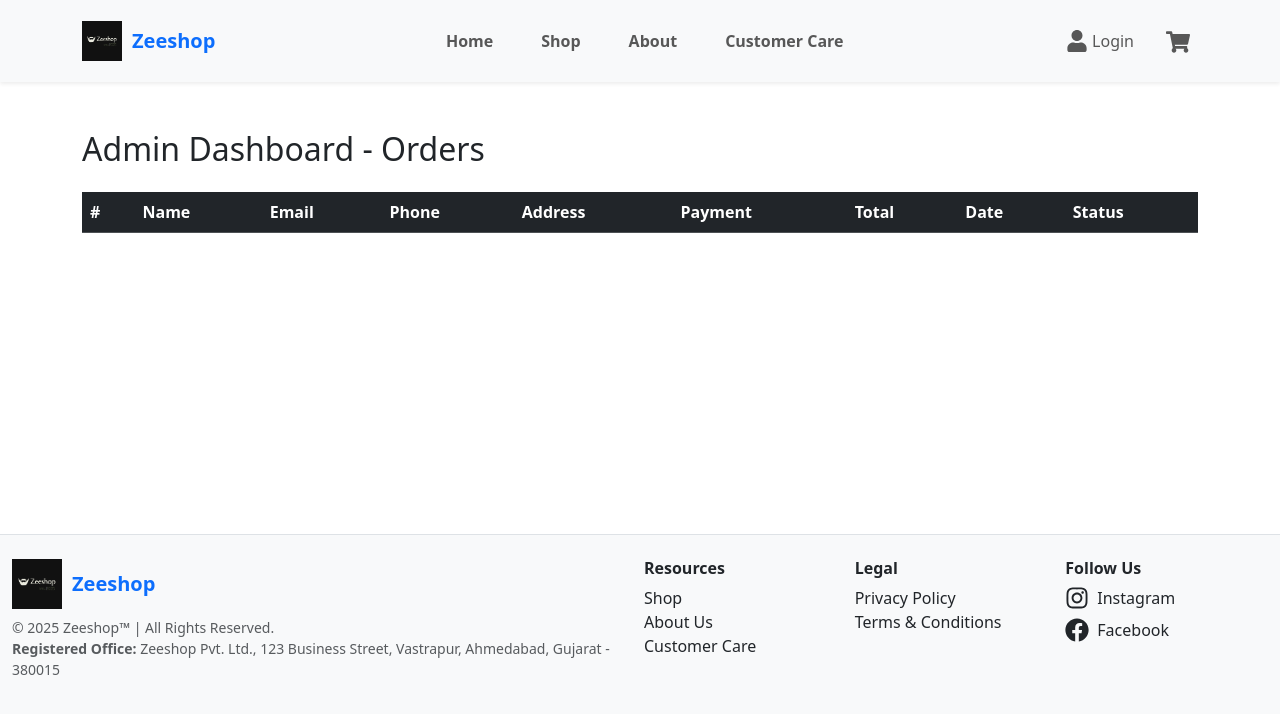
Repository: zeel2306/React-Projects
Page: /admin (app in shop/)
An editor plug-in stored every save of this project. The page is shown before and after the next save, followed by the edit.
The browser window is 1280 px wide. The pictures show the whole page.
The page's requests for data from a server got no answer. The project was rebuilt for these pictures with package versions that can differ from the ones it lists, and the page was loaded fresh each time. No one was signed in, and anything a server would have sent is missing. Also part of the build but not shown: shop/src/index.css, shop/src/Components/Login.jsx, shop/src/Components/Slider.jsx, shop/src/Components/Product.jsx, shop/src/Components/About.jsx, shop/src/Components/Customercare.jsx, shop/src/Components/ProductDetail.jsx, shop/src/Components/PrivacyPolicy.jsx and 10 more.

Above is the page before, as saved 2025-08-06 18:55:22.

### shop/src/App.js
// src/App.js
import Footer from './Components/Footer';
import Login from './Components/Login';
import Navbar from './Components/Navbar';
import Slider from './Components/Slider';
import Product from './Components/Product';
import About from './Components/About';
import CustomerCare from './Components/Customercare';
import ProductDetails from './Components/ProductDetail';
import PrivacyPolicy from './Components/PrivacyPolicy';
import TermsAndConditions from './Components/TermsAndConditions';
import StatsSection from "./Components/StatsSection";
import Testimonials from "./Components/Testimonials";
import Cart from './Components/Cart';
import WelcomePopup from "./Components/WelcomePopup";
import Features from './Components/Features';
import Billing from "./Components/Billing";
import AdminDashboard from "./Components/AdminDashboard";
import AdminLogin from "./Components/AdminLogin";
import { AuthProvider } from './Components/AuthContext';
import { CartProvider } from './Components/CartContext';
import { AdminAuthProvider } from './Components/AdminAuthContext';
import { BrowserRouter as Router, Routes, Route } from "react-router-dom";
import BrandSlider from './Components/BrandSlider';

function App() {
  return (
    <AdminAuthProvider>
      <AuthProvider>
        <CartProvider>
          <Router>
            <div className="App d-flex flex-column min-vh-100">
              <Navbar />
              <main className="flex-grow-1 mb-4">
                <Routes>
                  <Route
                    path="/"
                    element={
                      <>
                        <WelcomePopup />
                        <Slider />
                        <StatsSection />
                        <Product />
                        <Features />
                        <Testimonials />
                        <BrandSlider />
                      </>
                    }
                  />
                  <Route path="/shop" element={<Product />} />
                  <Route path="/login" element={<Login />} />
                  <Route path="/cart" element={<Cart />} />
                  <Route path="/about" element={<About />} />
                  <Route path="/customer-care" element={<CustomerCare />} />
                  <Route path="/privacy" element={<PrivacyPolicy />} />
                  <Route path="/product/:id" element={<ProductDetails />} />
                  <Route path="/billing" element={<Billing />} />
                  <Route path="/terms-and-conditions" element={<TermsAndConditions />} />

                  {/* Admin Routes */}
                  <Route path="/admin-login" element={<AdminLogin />} />
                  <Route path="/admin" element={<AdminDashboard />} />
                </Routes>
              </main>
              <Footer />
            </div>
          </Router>
        </CartProvider>
      </AuthProvider>
    </AdminAuthProvider>
  );
}

export default App;

### shop/src/Components/Footer.jsx
import React from "react";
import { Container, Row, Col } from "react-bootstrap";
import { FaFacebook, FaInstagram } from "react-icons/fa";

export default function AppFooter() {
  return (
    <footer className="bg-light text-dark py-4 border-top">
      <Container fluid>
        <Row className="align-items-start gx-2">
          {/* Brand + Address (Wider Column) */}
          <Col md={6} className="mb-3">
            <div className="d-flex align-items-center mb-2">
              <img
                src="/zeeshop-logo.png"
                alt="Zeeshop Logo"
                style={{ height: "50px", width: "50px", marginRight: "10px" }}
              />
              <h5 className="fw-bold text-primary m-0">Zeeshop</h5>
            </div>
            <p className="text-muted small m-0">
              © 2025 Zeeshop™ | All Rights Reserved.
            </p>
            <p className="text-muted small m-0">
              <strong>Registered Office:</strong> Zeeshop Pvt. Ltd., 123 Business Street, Vastrapur, Ahmedabad, Gujarat - 380015
            </p>
          </Col>

          {/* Resources */}
          <Col md={2} className="mb-3">
            <h6 className="fw-bold">Resources</h6>
            <ul className="list-unstyled m-0">
              <li><a href="/" className="text-dark text-decoration-none">Shop</a></li>
              <li><a href="/about" className="text-dark text-decoration-none">About Us</a></li>
              <li><a href="/customer-care" className="text-dark text-decoration-none">Customer Care</a></li>
            </ul>
          </Col>

          {/* Legal */}
          <Col md={2} className="mb-3">
            <h6 className="fw-bold">Legal</h6>
            <ul className="list-unstyled m-0">
              <li><a href="/privacy" className="text-dark text-decoration-none">Privacy Policy</a></li>
              <li><a href="/terms-and-conditions" className="text-dark text-decoration-none">Terms & Conditions</a></li>
            </ul>
          </Col>

          {/* Follow Us */}
          <Col md={2} className="mb-3">
            <h6 className="fw-bold">Follow Us</h6>
            <ul className="list-unstyled m-0">
              <li className="mb-2">
                <a href="https://instagram.com" className="text-dark text-decoration-none d-flex align-items-center">
                  <FaInstagram className="me-2 fs-4" /> <span>Instagram</span>
                </a>
              </li>
              <li>
                <a href="https://facebook.com" className="text-dark text-decoration-none d-flex align-items-center">
                  <FaFacebook className="me-2 fs-4" /> <span>Facebook</span>
                </a>
              </li>
            </ul>
          </Col>


        </Row>
      </Container>
    </footer>
  );
}

### shop/src/Components/Navbar.jsx
import React, { useContext } from "react";
import { Navbar, Nav, Container, Badge } from "react-bootstrap";
import { FaShoppingCart, FaUser } from "react-icons/fa";
import { Link, NavLink, useNavigate } from "react-router-dom";
import { CartContext } from "./CartContext";
import { AuthContext } from "./AuthContext";

export default function AppNavbar() {
  const { cartItems } = useContext(CartContext);
  const { isLoggedIn, user, logout } = useContext(AuthContext);
  const navigate = useNavigate();

  const handleLogout = () => {
    logout();
    navigate("/");
  };

  return (
    <Navbar bg="light" expand="lg" className="shadow-sm py-3">
      <Container>
        {/* Logo (Left) */}
        <Navbar.Brand
          as={Link}
          to="/"
          className="fw-bold text-primary d-flex align-items-center"
        >
          <img
            src="/zeeshop-logo.png"
            alt="Zeeshop Logo"
            style={{ height: "40px", width: "40px", marginRight: "10px" }}
          />
          Zeeshop
        </Navbar.Brand>

        <Navbar.Toggle aria-controls="navbar-nav" />
        <Navbar.Collapse id="navbar-nav">
          <div className="d-flex justify-content-between w-100 align-items-center">
            {/* Center: Nav Links */}
            <Nav className="mx-auto">
              <Nav.Link as={NavLink} to="/" className="mx-3 fw-semibold">
                Home
              </Nav.Link>
              <Nav.Link as={NavLink} to="/shop" className="mx-3 fw-semibold">
                Shop
              </Nav.Link>
              <Nav.Link as={NavLink} to="/about" className="mx-3 fw-semibold">
                About
              </Nav.Link>
              <Nav.Link as={NavLink} to="/customer-care" className="mx-3 fw-semibold">
                Customer Care
              </Nav.Link>
            </Nav>

            {/* Right: User & Cart */}
            <Nav className="d-flex align-items-center">
              {!isLoggedIn ? (
                <Nav.Link
                  as={NavLink}
                  to="/login"
                  className="me-3 d-flex align-items-center"
                >
                  <FaUser size={22} className="me-1" /> Login
                </Nav.Link>
              ) : (
                <>
                  <Nav.Link
                    disabled
                    className="me-3 d-flex align-items-center text-success fw-semibold"
                  >
                    <FaUser size={22} className="me-1" /> Welcome, {user?.name || "User"}
                  </Nav.Link>
                  <Nav.Link
                    onClick={handleLogout}
                    className="me-3 fw-semibold text-danger"
                  >
                    Logout
                  </Nav.Link>
                </>
              )}

              <Nav.Link as={NavLink} to="/cart" className="position-relative">
                <FaShoppingCart size={24} />
                {cartItems.length > 0 && (
                  <Badge
                    bg="danger"
                    pill
                    className="position-absolute top-0 start-100 translate-middle"
                  >
                    {cartItems.length}
                  </Badge>
                )}
              </Nav.Link>
            </Nav>
          </div>
        </Navbar.Collapse>
      </Container>
    </Navbar>
  );
}

### shop/src/Components/AdminDashboard.jsx
import React, { useEffect, useState } from "react";

export default function AdminDashboard() {
  const [orders, setOrders] = useState([]);

  const fetchOrders = async () => {
    const response = await fetch("http://localhost:5000/orders");
    const data = await response.json();
    setOrders(data);
  };

  const updateStatus = async (id, newStatus) => {
    try {
      await fetch(`http://localhost:5000/orders/${id}/status`, {
        method: "PUT",
        headers: { "Content-Type": "application/json" },
        body: JSON.stringify({ status: newStatus }),
      });
      fetchOrders();
    } catch (err) {
      console.error("Error updating status", err);
    }
  };

  useEffect(() => {
    fetchOrders();
  }, []);

  return (
    <div className="container mt-5">
      <h2 className="mb-4">Admin Dashboard - Orders</h2>
      <table className="table table-striped">
        <thead className="table-dark">
          <tr>
            <th>#</th>
            <th>Name</th>
            <th>Email</th>
            <th>Phone</th>
            <th>Address</th>
            <th>Payment</th>
            <th>Total</th>
            <th>Date</th>
            <th>Status</th>
          </tr>
        </thead>
        <tbody>
          {orders.map((order, index) => (
            <tr key={order._id}>
              <td>{index + 1}</td>
              <td>{order.name}</td>
              <td>{order.email}</td>
              <td>{order.phone}</td>
              <td>{order.address}</td>
              <td>{order.paymentMethod}</td>
              <td>${order.total}</td>
              <td>{order.date}</td>
              <td>
                <select
                  value={order.status}
                  onChange={(e) => updateStatus(order._id, e.target.value)}
                >
                  <option value="Pending">Pending</option>
                  <option value="Processing">Processing</option>
                  <option value="Shipped">Shipped</option>
                  <option value="Delivered">Delivered</option>
                </select>
              </td>
            </tr>
          ))}
        </tbody>
      </table>
    </div>
  );
}

### shop/src/Components/AuthContext.jsx
// src/Components/AuthContext.jsx
import React, { createContext, useState, useEffect } from "react";

export const AuthContext = createContext();

export function AuthProvider({ children }) {
  const [isLoggedIn, setIsLoggedIn] = useState(false);
  const [user, setUser] = useState(null); // <-- store user info

  useEffect(() => {
    const storedLogin = localStorage.getItem("isLoggedIn");
    const storedUser = localStorage.getItem("user");
    if (storedLogin === "true") {
      setIsLoggedIn(true);
      if (storedUser) setUser(JSON.parse(storedUser));
    }
  }, []);

  useEffect(() => {
    localStorage.setItem("isLoggedIn", isLoggedIn);
    if (user) {
      localStorage.setItem("user", JSON.stringify(user));
    } else {
      localStorage.removeItem("user");
    }
  }, [isLoggedIn, user]);

  const login = (userData) => {
    setIsLoggedIn(true);
    setUser(userData);
  };

  const logout = () => {
    setIsLoggedIn(false);
    setUser(null);
    localStorage.removeItem("isLoggedIn");
    localStorage.removeItem("user");
  };

  return (
    <AuthContext.Provider value={{ isLoggedIn, user, setIsLoggedIn, login, logout }}>
      {children}
    </AuthContext.Provider>
  );
}

### shop/src/Components/CartContext.jsx
// src/Components/CartContext.jsx
import React, { createContext, useState, useEffect } from "react";

export const CartContext = createContext();

export const CartProvider = ({ children }) => {
  const [cartItems, setCartItems] = useState(() => {
    const savedCart = localStorage.getItem("cart");
    return savedCart ? JSON.parse(savedCart) : [];
  });

  useEffect(() => {
    localStorage.setItem("cart", JSON.stringify(cartItems));
  }, [cartItems]);

  const addToCart = (item) => {
    setCartItems((prev) => {
      const existing = prev.find((p) => p.id === item.id);
      if (existing) {
        return prev.map((p) =>
          p.id === item.id ? { ...p, quantity: p.quantity + 1 } : p
        );
      }
      return [...prev, { ...item, quantity: 1 }];
    });
  };

  const removeFromCart = (id) => {
    setCartItems((prev) => prev.filter((item) => item.id !== id));
  };

  const clearCart = () => {
    setCartItems([]); // Clear only cart
    localStorage.removeItem("cart");
  };

  return (
    <CartContext.Provider value={{ cartItems, addToCart, removeFromCart, clearCart }}>
      {children}
    </CartContext.Provider>
  );
};

### shop/src/Components/AdminAuthContext.jsx
// src/Components/AdminAuthContext.jsx
import React, { createContext, useState, useEffect } from "react";

export const AdminAuthContext = createContext();

export function AdminAuthProvider({ children }) {
  const [isAdminLoggedIn, setIsAdminLoggedIn] = useState(false);

  useEffect(() => {
    const stored = localStorage.getItem("isAdminLoggedIn");
    if (stored === "true") setIsAdminLoggedIn(true);
  }, []);

  const adminLogin = (username, password) => {
    // Simple hardcoded login (can replace with API later)
    if (username === "admin" && password === "admin123") {
      setIsAdminLoggedIn(true);
      localStorage.setItem("isAdminLoggedIn", "true");
      return true;
    }
    return false;
  };

  const adminLogout = () => {
    setIsAdminLoggedIn(false);
    localStorage.removeItem("isAdminLoggedIn");
  };

  return (
    <AdminAuthContext.Provider value={{ isAdminLoggedIn, adminLogin, adminLogout }}>
      {children}
    </AdminAuthContext.Provider>
  );
}

Loaded but not shown: shop/public/index.html (common file); shop/src/index.js (common file); shop/src/reportWebVitals.js (common file)

After the next save:
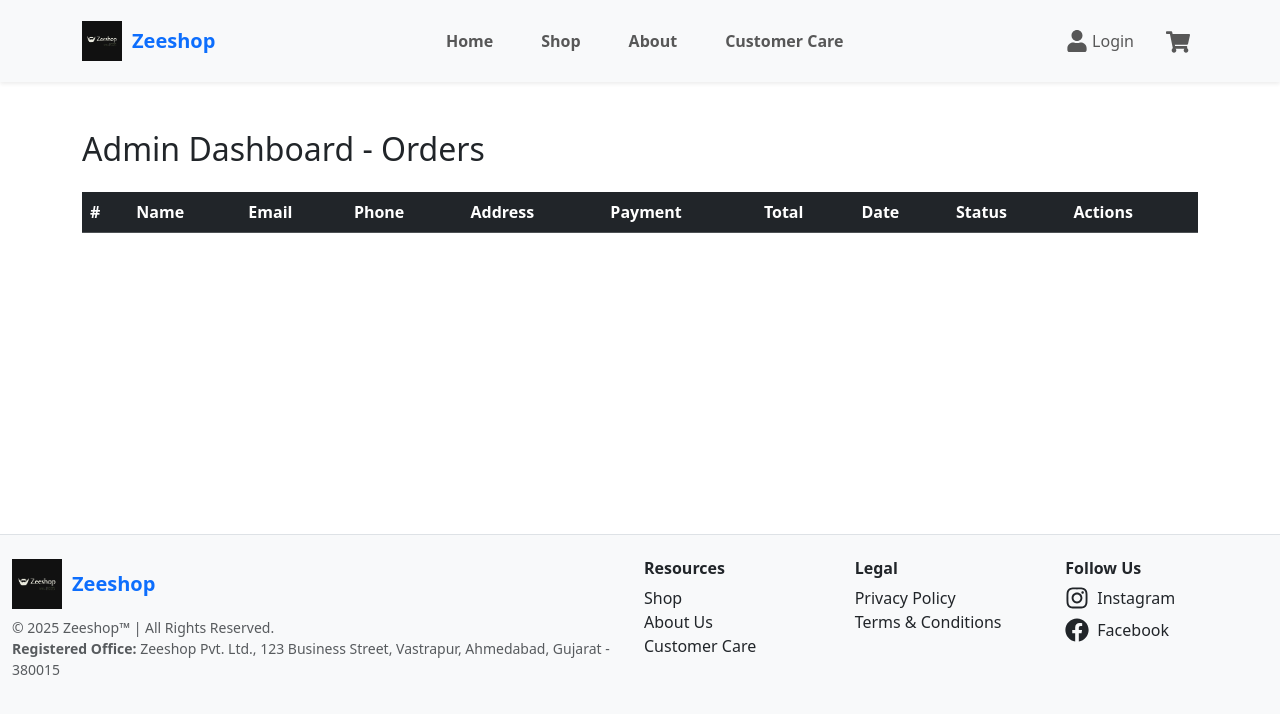
Saved 29 s later.
--- a/shop/src/Components/AdminDashboard.jsx
+++ b/shop/src/Components/AdminDashboard.jsx
@@ -3,12 +3,14 @@ import React, { useEffect, useState } from "react";
 export default function AdminDashboard() {
   const [orders, setOrders] = useState([]);
 
+  // Fetch all orders
   const fetchOrders = async () => {
     const response = await fetch("http://localhost:5000/orders");
     const data = await response.json();
     setOrders(data);
   };
 
+  // Update order status
   const updateStatus = async (id, newStatus) => {
     try {
       await fetch(`http://localhost:5000/orders/${id}/status`, {
@@ -19,6 +21,16 @@ export default function AdminDashboard() {
       fetchOrders();
     } catch (err) {
       console.error("Error updating status", err);
+    }
+  };
+
+  // Delete order
+  const deleteOrder = async (id) => {
+    if (window.confirm("Are you sure you want to delete this order?")) {
+      await fetch(`http://localhost:5000/orders/${id}`, {
+        method: "DELETE",
+      });
+      fetchOrders();
     }
   };
 
@@ -41,6 +53,7 @@ export default function AdminDashboard() {
             <th>Total</th>
             <th>Date</th>
             <th>Status</th>
+            <th>Actions</th>
           </tr>
         </thead>
         <tbody>
@@ -65,6 +78,14 @@ export default function AdminDashboard() {
                   <option value="Delivered">Delivered</option>
                 </select>
               </td>
+              <td>
+                <button
+                  className="btn btn-danger btn-sm"
+                  onClick={() => deleteOrder(order._id)}
+                >
+                  Delete
+                </button>
+              </td>
             </tr>
           ))}
         </tbody>
